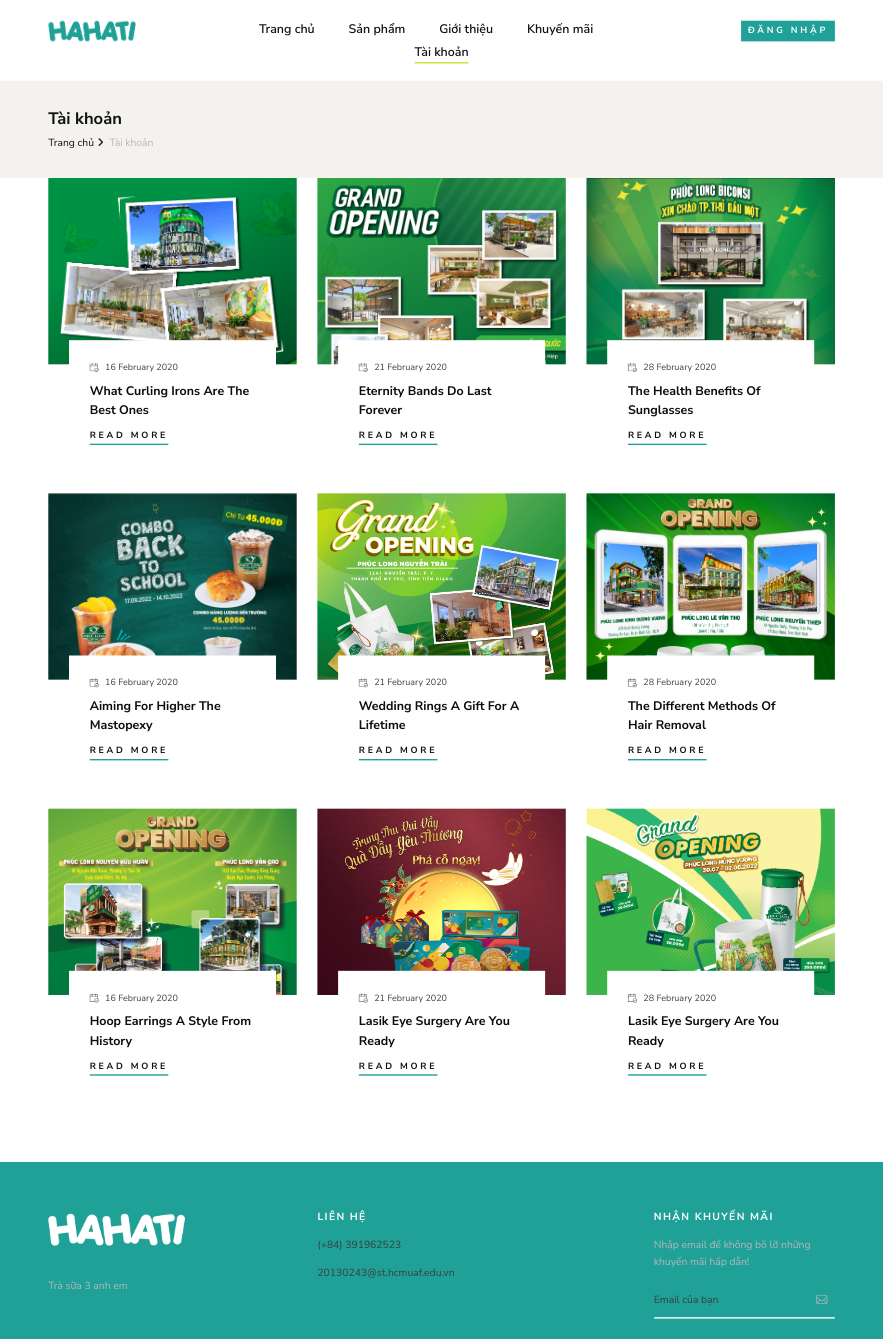
Repository: letrongtinh27/template
Page: blog.html
The author's editor kept a copy of each file at every save. The page is drawn from the files as they stood at one save, then again after the next save.
The browser window is 1280 px wide. The pictures show the whole page, at 69% of full size.

Above is the page before, as saved 2022-10-25 18:44:15.

After the next save:
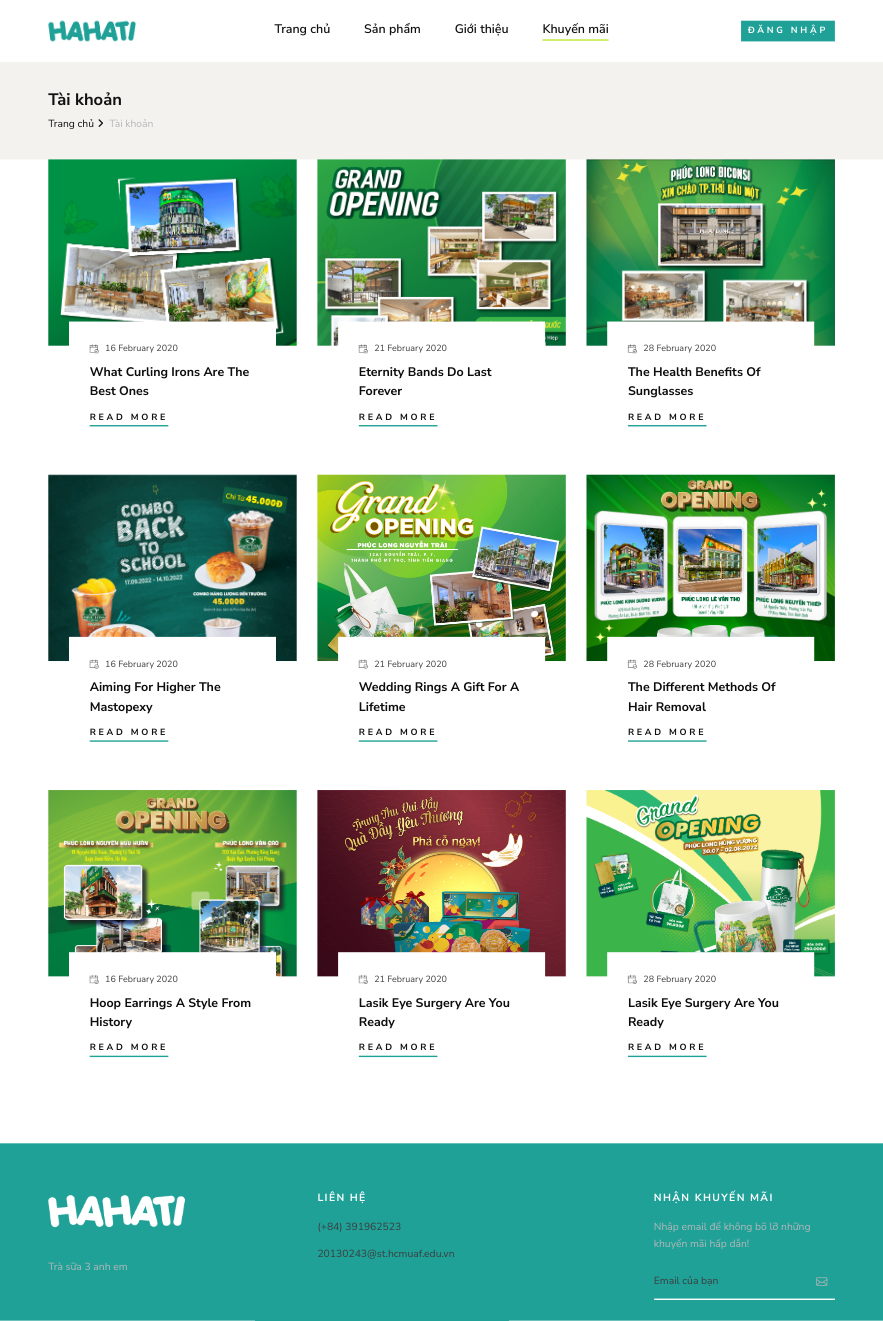
Saved 3 min 14 s later.
--- a/blog.html
+++ b/blog.html
@@ -75,8 +75,7 @@
                 <li><a href="./index.html">Trang chủ</a></li>
                 <li class=""><a href="./shop.html">Sản phẩm</a></li>
                 <li class=""><a href="#">Giới thiệu</a></li>
-                <li class=""><a href="#">Khuyến mãi</a></li>
-                <li class="active"><a href="./account.html">Tài khoản</a></li>
+                <li class="active"><a href="./blog.html">Khuyến mãi</a></li>
               </ul>
             </nav>
           </div>
